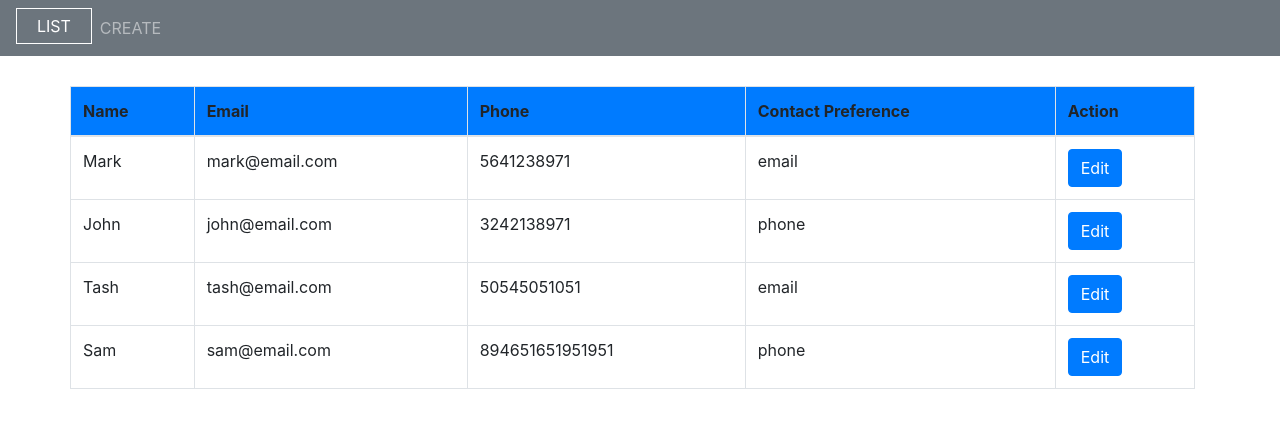
Repository: hanumanthnbalu/NG_FORMS
Page: /
An editor plug-in stored every save of this project. The page is shown before and after the next save, followed by the edit.
The browser window is 1280 px wide. The pictures show the whole page.
Some web libraries are served in a nearby version. The project was rebuilt for these pictures with package versions that can differ from the ones it lists, and the page was loaded fresh each time. Requests to the local data server were answered from the project's data file. Also part of the build but not shown: angular.json, src/app/not-found/not-found.component.ts, src/app/forms/create-employee/create-employeecomponent.ts.

Above is the page before, as saved 2019-09-25 22:14:29.

After the next save:
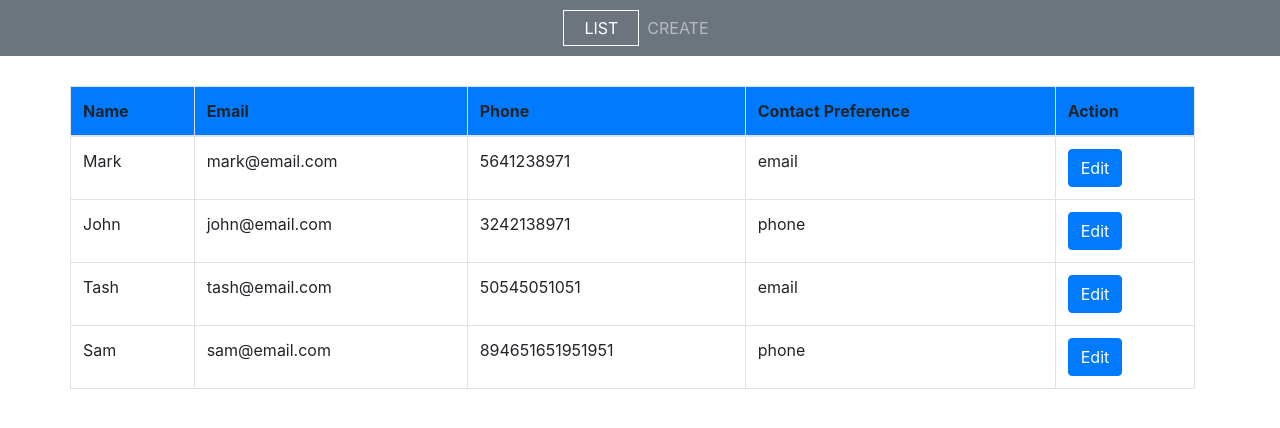
Saved 42 s later.
--- a/src/app/header/header.component.html
+++ b/src/app/header/header.component.html
@@ -1,6 +1,11 @@
 <nav class="navbar navbar-expand-lg navbar-dark bg-secondary">
   <div class="collapse navbar-collapse" id="navbarSupportedContent">
-    <ul class="navbar-nav mr-auto list-unstyled">
+    <ul class="navbar-nav mr-auto list-unstyled" style="
+    display: flex;
+    height: 100%;
+    justify-content: center;
+    align-items: center;
+">
       <li class="nav-item">
         <a class="nav-link" routerLinkActive="active" routerLink="list-employees">LIST</a>
       </li><br>
